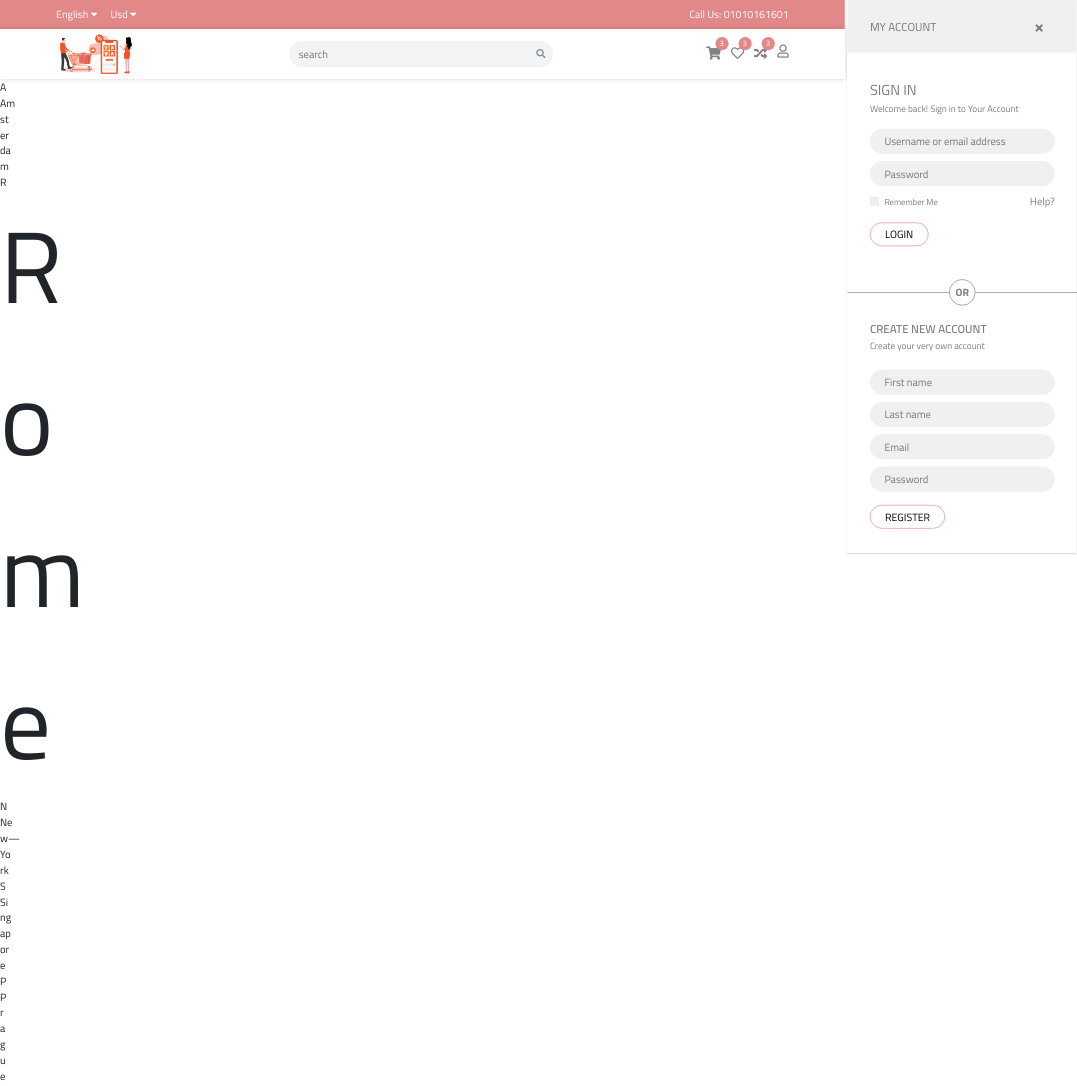
Repository: amrh20/ecommerce-temp
Page: src/index.html
An editor plug-in stored every save of this project. The page is shown before and after the next save, followed by the edit.
The browser window is 1280 px wide. The page is 1632 px wide, so the pictures cover 1632 px, including what lies to the right of the window. The pictures show the whole page, at 66% of full size.
The style sheet was rebuilt from its Sass, Less or Tailwind sources for each picture, by a compiler version that may differ from the author's.

Above is the page before, as saved 2020-01-19 16:12:16.

After the next save:
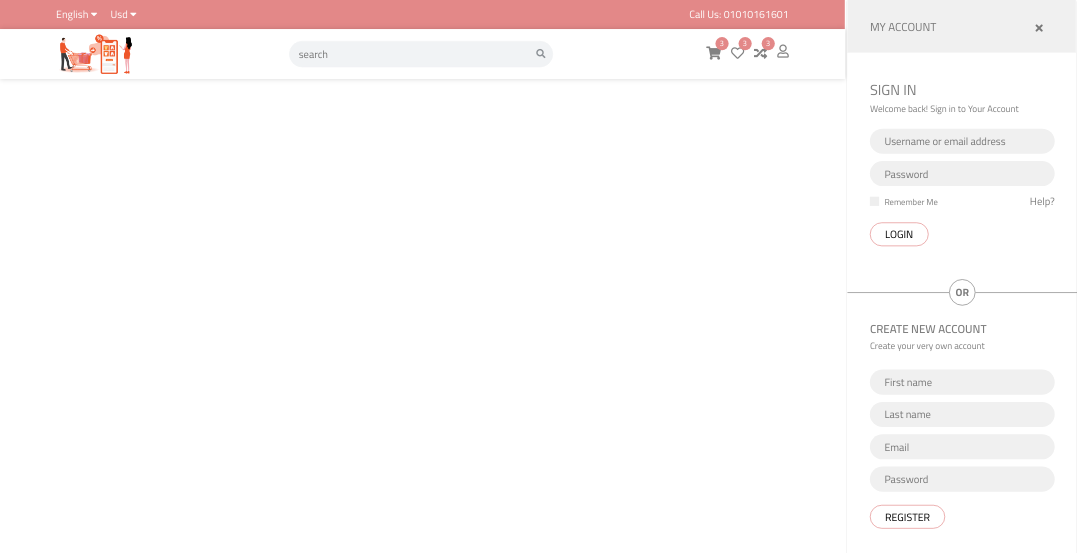
Saved 9 s later.
--- a/src/index.html
+++ b/src/index.html
@@ -321,12 +321,7 @@
 
       <!-- start main slider -->
       <div class="main_slider">
-        <div class="cont">
-          <div class="slider"></div>
-          <ul class="nav"></div>
-          <div data-target='right' class="side-nav side-nav--right"></div>
-          <div data-target='left' class="side-nav side-nav--left"></div>
-        </div>
+
       </div>
     </div>
   </div>

After the save that followed:
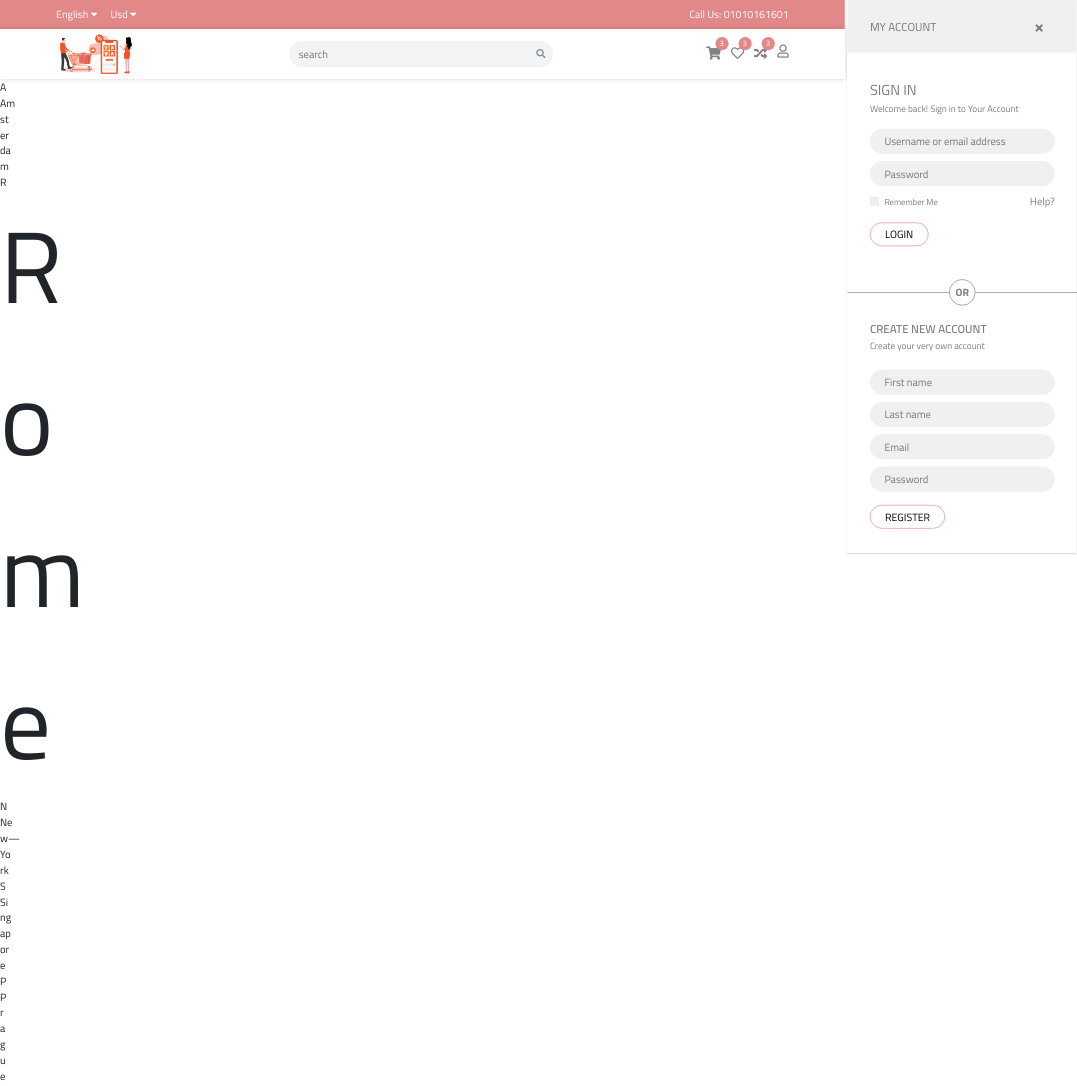
Saved 10 s later.
--- a/src/index.html
+++ b/src/index.html
@@ -321,7 +321,12 @@
 
       <!-- start main slider -->
       <div class="main_slider">
-
+        <div class="cont">
+          <div class="slider"></div>
+          <ul class="nav"></div>
+          <div data-target='right' class="side-nav side-nav--right"></div>
+          <div data-target='left' class="side-nav side-nav--left"></div>
+        </div>
       </div>
     </div>
   </div>
